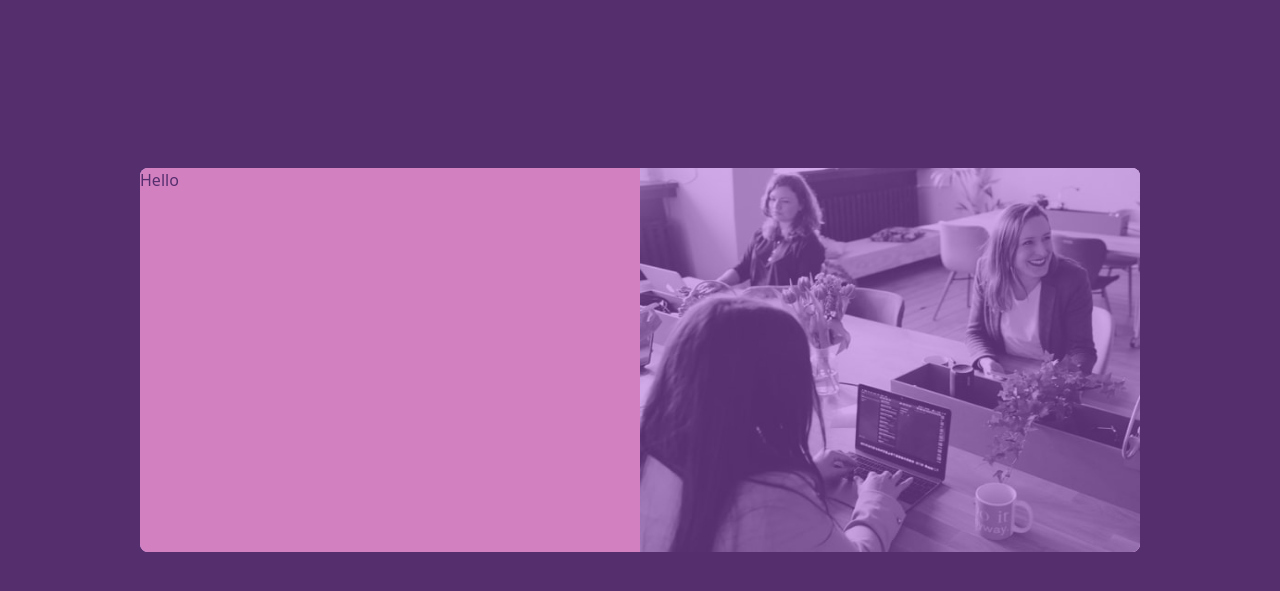
Repository: BerlinWebDev/FrontendMaster_PreviewMentor
Page: /
These files come from the project's save history. The page is drawn as it stood at one moment and after the next save; the edit follows.
The browser window is 1280 px wide. The pictures show the whole page.
The project was rebuilt for these pictures with package versions that can differ from the ones it lists, and the page was loaded fresh each time.

Above is the page before, as saved 2023-11-11 18:46:19.

### src/App.js
import Image from "./assets/image-header-desktop.jpg";

function App() {
  return (
    <>
      <header>
        <title>Challenge</title>
        <meta name="description" content="Challenge" />
        <link rel="icon" href="/favicon.ico" />
      </header>
      <main className="flex min-h-screen flex-col items-center justify-center bg-black">
        <div className="flex h-96 w-[1000px] rounded-lg bg-white">
          <aside className="w-1/2 bg-red-300 rounded-l-lg">Hello</aside>
          <aside className="w-1/2 bg-red-200 rounded-lg">
            <div className="absolute inset-0 bg-[#aa5cdb] opacity-50"></div>
            <img
              className=" h-full w-full rounded-r-lg"
              src={Image}
              alt="Header-Desktop"
            />
          </aside>
        </div>
      </main>
    </>
  );
}

export default App;

Loaded but not shown: public/index.html (common file); src/index.js (common file); src/index.css (common file); tailwind.config.js (common file)

After the next save:
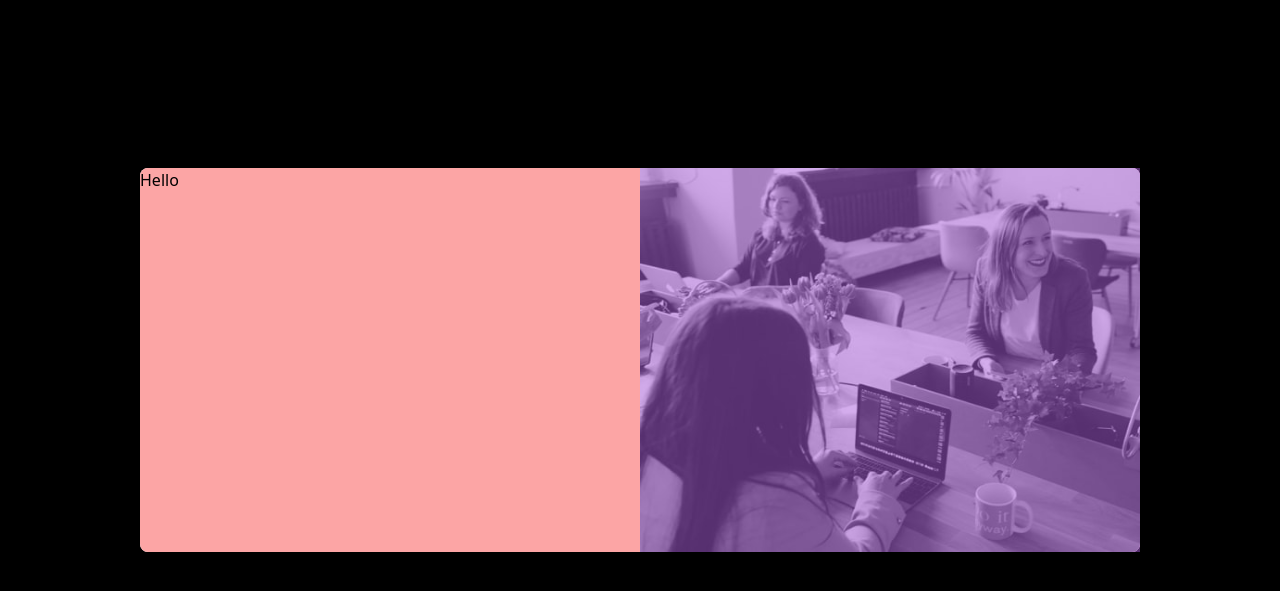
Saved 22 s later.
--- a/src/App.js
+++ b/src/App.js
@@ -11,7 +11,7 @@ function App() {
       <main className="flex min-h-screen flex-col items-center justify-center bg-black">
         <div className="flex h-96 w-[1000px] rounded-lg bg-white">
           <aside className="w-1/2 bg-red-300 rounded-l-lg">Hello</aside>
-          <aside className="w-1/2 bg-red-200 rounded-lg">
+          <aside className="w-1/2 bg-red-200 rounded-lg relative">
             <div className="absolute inset-0 bg-[#aa5cdb] opacity-50"></div>
             <img
               className=" h-full w-full rounded-r-lg"
